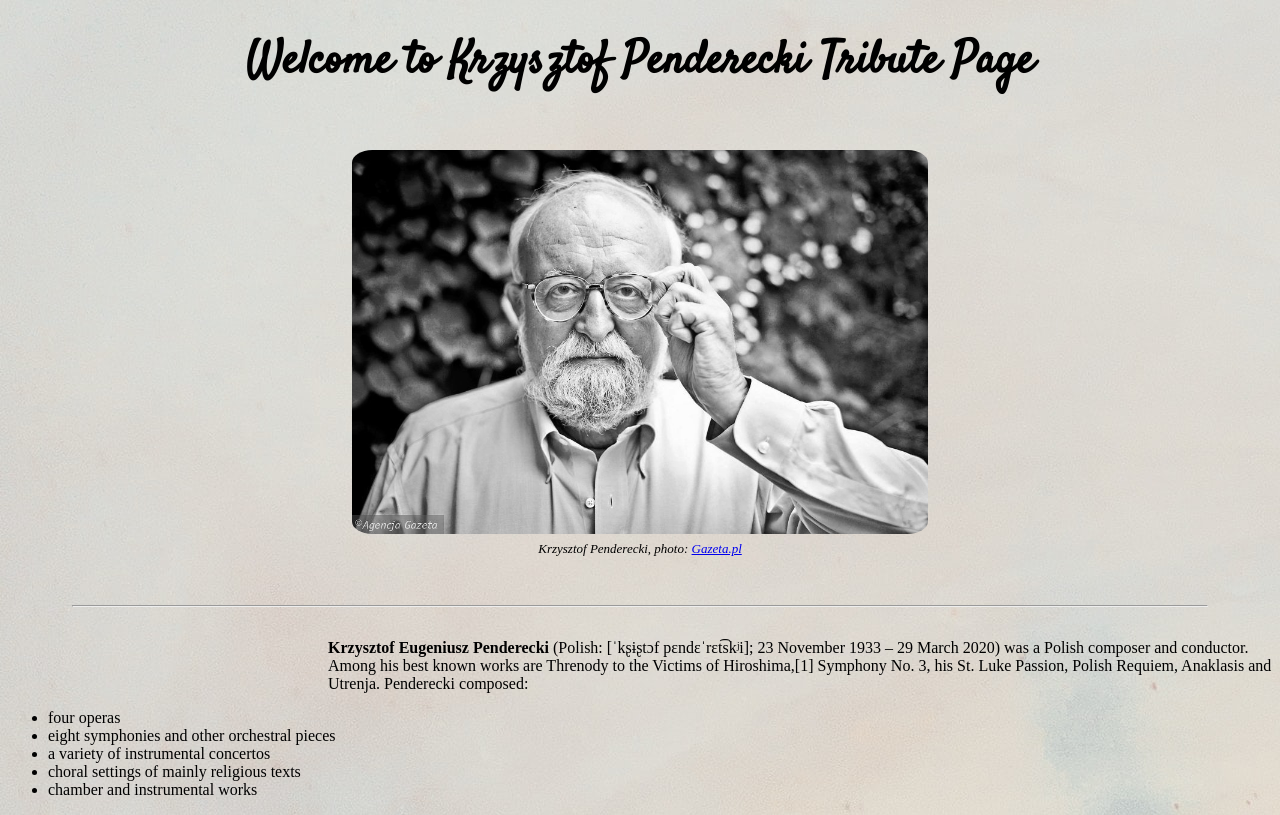
Repository: justynke/tribute_page
Page: index.html
These files come from the project's save history. The page is drawn as it stood at one moment and after the next save; the edit follows.
The browser window is 1280 px wide. The pictures show the whole page.

Above is the page before, as saved 2020-04-23 00:09:13.

After the next save:
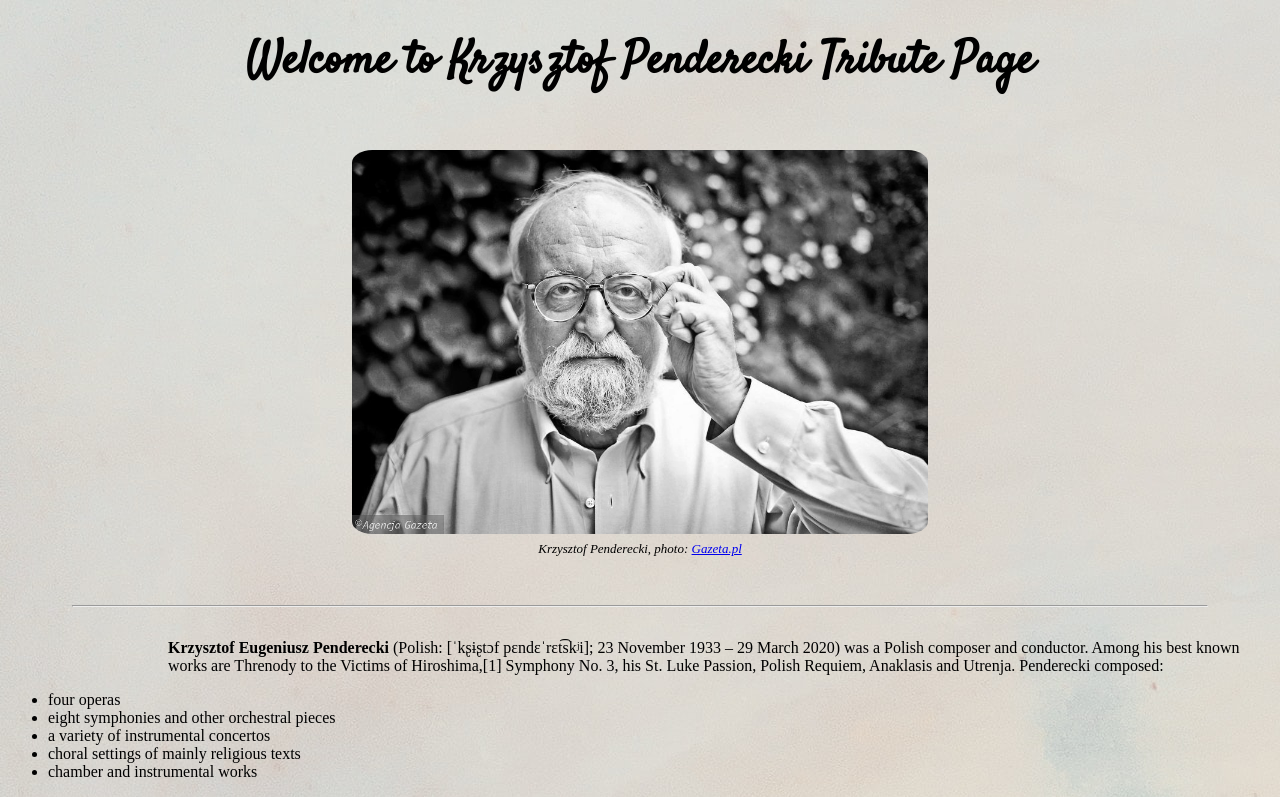
Saved 8 s later.
--- a/styles.css
+++ b/styles.css
@@ -45,5 +45,5 @@
 }
 
 p {
-    padding-left: 20em;
+    padding-left: 10em;
 }
